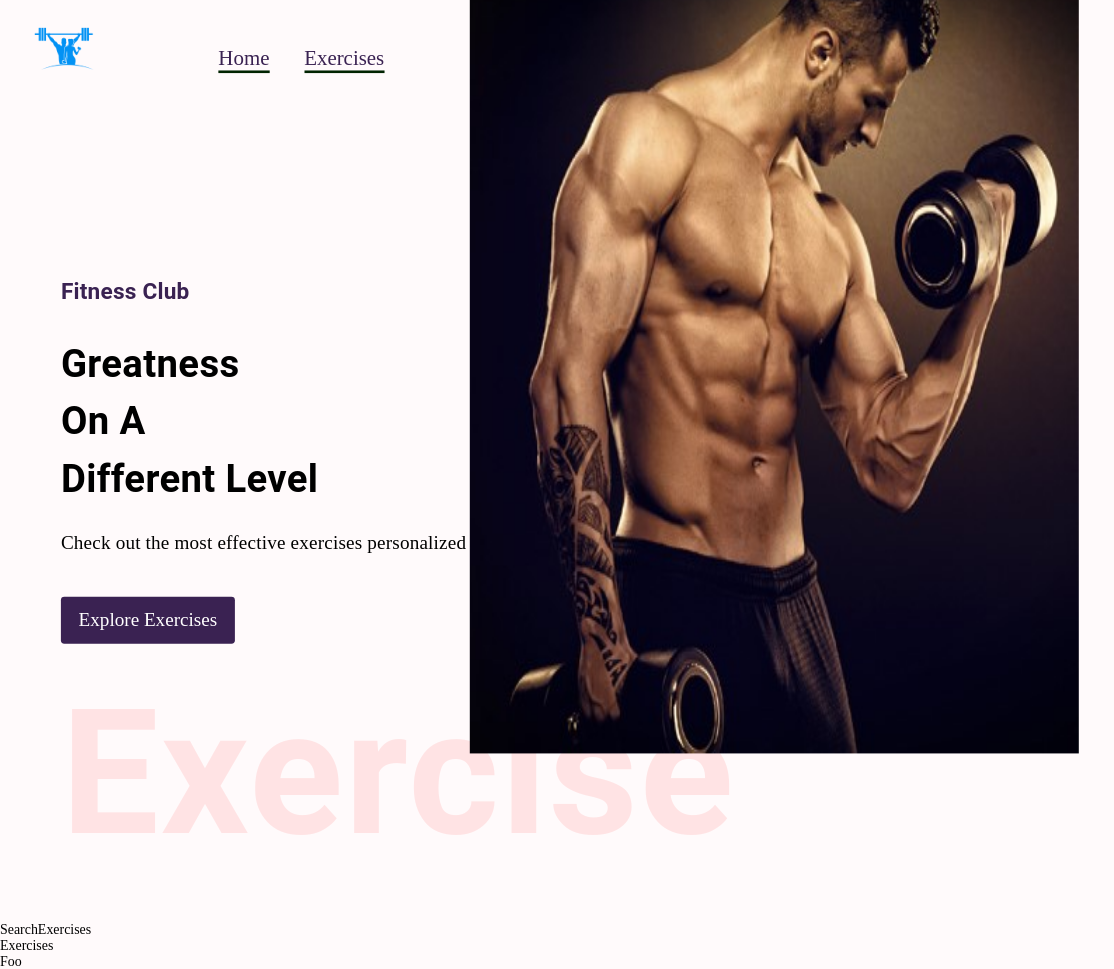
Repository: MhlengiNgubane/Workout-App
Page: /
An editor plug-in stored every save of this project. The page is shown before and after a run of saves, followed by the edit.
The browser window is 1280 px wide. The pictures show the whole page, at 87% of full size.
The project was rebuilt for these pictures with package versions that can differ from the ones it lists, and the page was loaded fresh each time. Also part of the build but not shown: src/pages/ExerciseDetail.js.

Above is the page before, as saved 2022-08-01 08:29:50.

### public/index.html
<!DOCTYPE html>
<html lang="en">
  <head>
    <meta charset="utf-8" />
    <link rel="icon" href="%PUBLIC_URL%/favicon.ico" />
    <meta name="viewport" content="width=device-width, initial-scale=1" />
    <meta name="theme-color" content="#000000" />
    <meta
      name="description"
      content="Web site created using create-react-app"
    />
    <link rel="apple-touch-icon" href="%PUBLIC_URL%/logo192.png" />
    <!--
      manifest.json provides metadata used when your web app is installed on a
      user's mobile device or desktop. See https://developers.google.com/web/fundamentals/web-app-manifest/
    -->
    <link rel="manifest" href="%PUBLIC_URL%/manifest.json" />
    <!--
      Notice the use of %PUBLIC_URL% in the tags above.
      It will be replaced with the URL of the `public` folder during the build.
      Only files inside the `public` folder can be referenced from the HTML.

      Unlike "/favicon.ico" or "favicon.ico", "%PUBLIC_URL%/favicon.ico" will
      work correctly both with client-side routing and a non-root public URL.
      Learn how to configure a non-root public URL by running `npm run build`.
    -->
    <title>MSN GYM</title>
  </head>
  <body>
    <noscript>You need to enable JavaScript to run this app.</noscript>
    <div id="root"></div>
    <!--
      This HTML file is a template.
      If you open it directly in the browser, you will see an empty page.

      You can add webfonts, meta tags, or analytics to this file.
      The build step will place the bundled scripts into the <body> tag.

      To begin the development, run `npm start` or `yarn start`.
      To create a production bundle, use `npm run build` or `yarn build`.
    -->
  </body>
</html>

### src/index.js
import React from 'react';
import ReactDOM from 'react-dom';
import App from './App';
import { BrowserRouter } from 'react-router-dom';

const root = ReactDOM.createRoot(document.getElementById('root'));

root.render(
    <React.StrictMode>
      <BrowserRouter>
        <App />
      </BrowserRouter>
    </React.StrictMode>,
  );

### src/components/Navbar.js
import React from 'react';
import { Link } from 'react-router-dom';
import { Stack } from '@mui/material';
import Logo from '../assets/images/Logo.png';

const Navbar = () => (
    <Stack direction="row" justifyContent="space-around" sx={{ gap: { sm: '123px', xs: '40px' }, mt: { sm: '32px', xs: '20px' }, justifyContent: 'none' }} px="20px">
        <Link to="/">
            <img src={Logo} alt="logo" style={{ width: '68px', height: '48px', margin: '0px 20px' }} />
        </Link>
        <Stack
            direction="row"
            gap="40px"
            fontFamily="Alegreya"
            fontSize="24px"
            alignItems="flex-end"
        >
            <Link to="/" style={{ textDecoration: 'none', color: '#3A2252', borderBottom: '3px solid #002300' }}>Home</Link>
            <a href="exercises" style={{ textDecoration: 'none', color: '#3A2252', borderBottom: '3px solid #002300' }}>Exercises</a>
        </Stack>
  </Stack>
);

export default Navbar;

### src/components/Footer.js
import React from 'react';

const Footer = () => {
    return (
        <div>Foo</div>
    )
};

export default Footer;

### src/components/Exercises.js
import React from 'react';

const Exercises = () => {
    return (
        <div>Exercises</div>
    )
};

export default Exercises;

### src/components/SearchExercises.js
import React from 'react';

const SearchExercises = () => {
    return (
        <div>SearchExercises</div>
    )
};

export default SearchExercises;

### src/components/HeroBanner.js
import React from 'react';
import { Box, Stack, Typography } from '@mui/material';
import HeroBannerImage from '../assets/images/banner.png';

const HeroBanner = () => (
  <Box sx={{ mt: { lg: '212px', xs: '70px' }, ml: { sm: '50px' } }} position="relative" p="20px">
    <Typography color="#3A2252" fontWeight="600" fontSize="26px">Fitness Club</Typography>
    <Typography fontWeight={700} sx={{ fontSize: { lg: '44px', xs: '40px' } }} mb="23px" mt="30px">
      Greatness <br /> On A <br />
      Different Level
    </Typography>
    <Typography fontSize="22px" fontFamily="Alegreya" lineHeight="35px">
      Check out the most effective exercises personalized to you
    </Typography>
    <Stack>
      <a href="exercises" style={{ marginTop: '45px', textDecoration: 'none', width: '200px', textAlign: 'center', background: '#3A2252', padding: '14px', fontSize: '22px', textTransform: 'none', color: 'white', borderRadius: '4px' }}>Explore Exercises</a>
    </Stack>
    <Typography fontWeight={600} color="#FF2625" sx={{ opacity: '0.1', display: { lg: 'block', xs: 'none' }, fontSize: '200px' }}>
      Exercise
    </Typography>
    <img src={HeroBannerImage} alt="hero-banner" className="hero-banner-img" />
  </Box>
);

export default HeroBanner;

Loaded but not shown: src/App.js (common file); src/App.css (common file); src/pages/Home.js (common file)

After the next 2 saves:
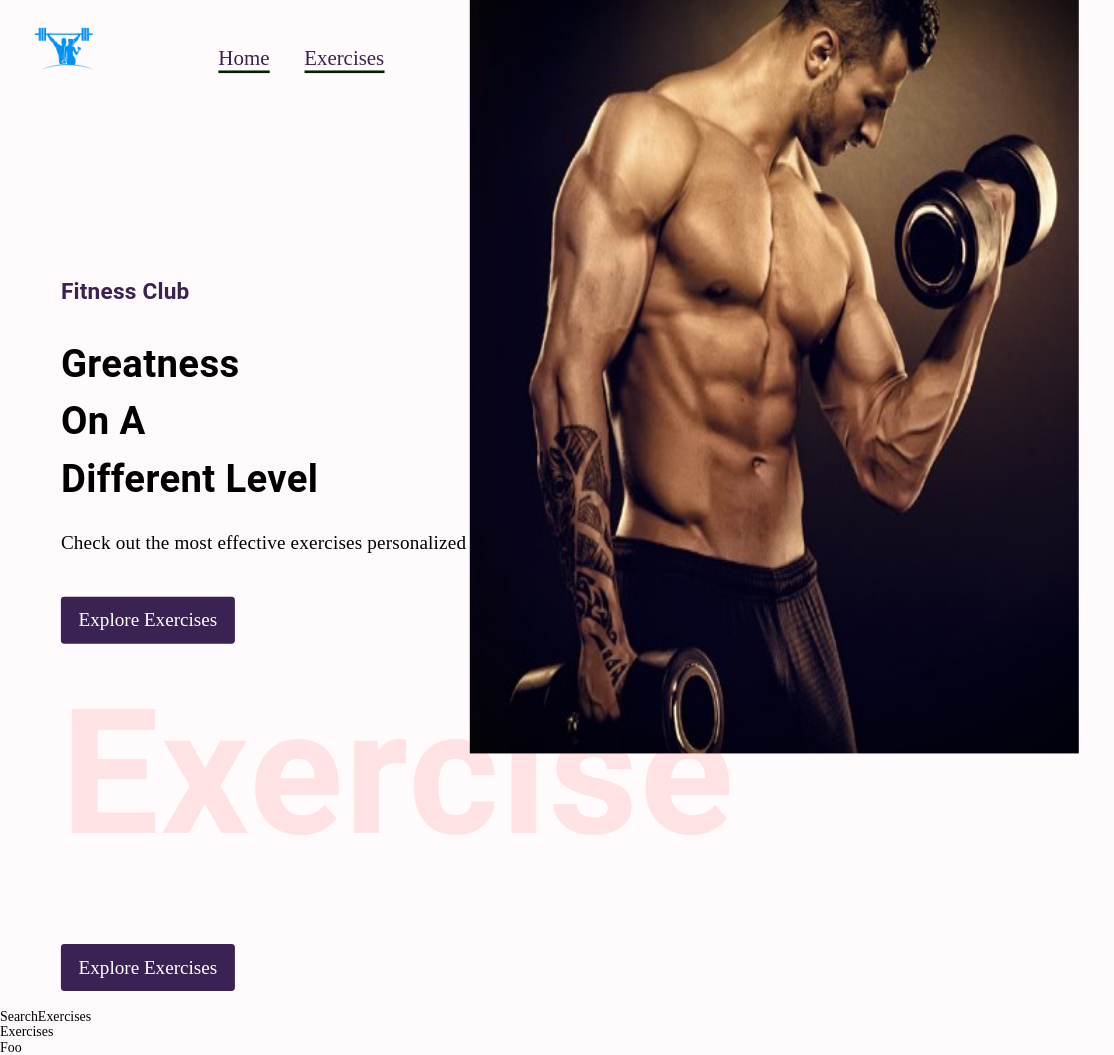
The 2 saves are shown as one change because they came seconds apart.
The last was saved 47 s later.
--- a/src/components/HeroBanner.js
+++ b/src/components/HeroBanner.js
@@ -18,6 +18,9 @@ const HeroBanner = () => (
     <Typography fontWeight={600} color="#FF2625" sx={{ opacity: '0.1', display: { lg: 'block', xs: 'none' }, fontSize: '200px' }}>
       Exercise
     </Typography>
+    <Stack>
+      <a href="exercises" style={{ marginTop: '45px', textDecoration: 'none', width: '200px', textAlign: 'center', background: '#3A2252', padding: '14px', fontSize: '22px', textTransform: 'none', color: 'white', borderRadius: '4px' }}>Explore Exercises</a>
+    </Stack>
     <img src={HeroBannerImage} alt="hero-banner" className="hero-banner-img" />
   </Box>
 );
